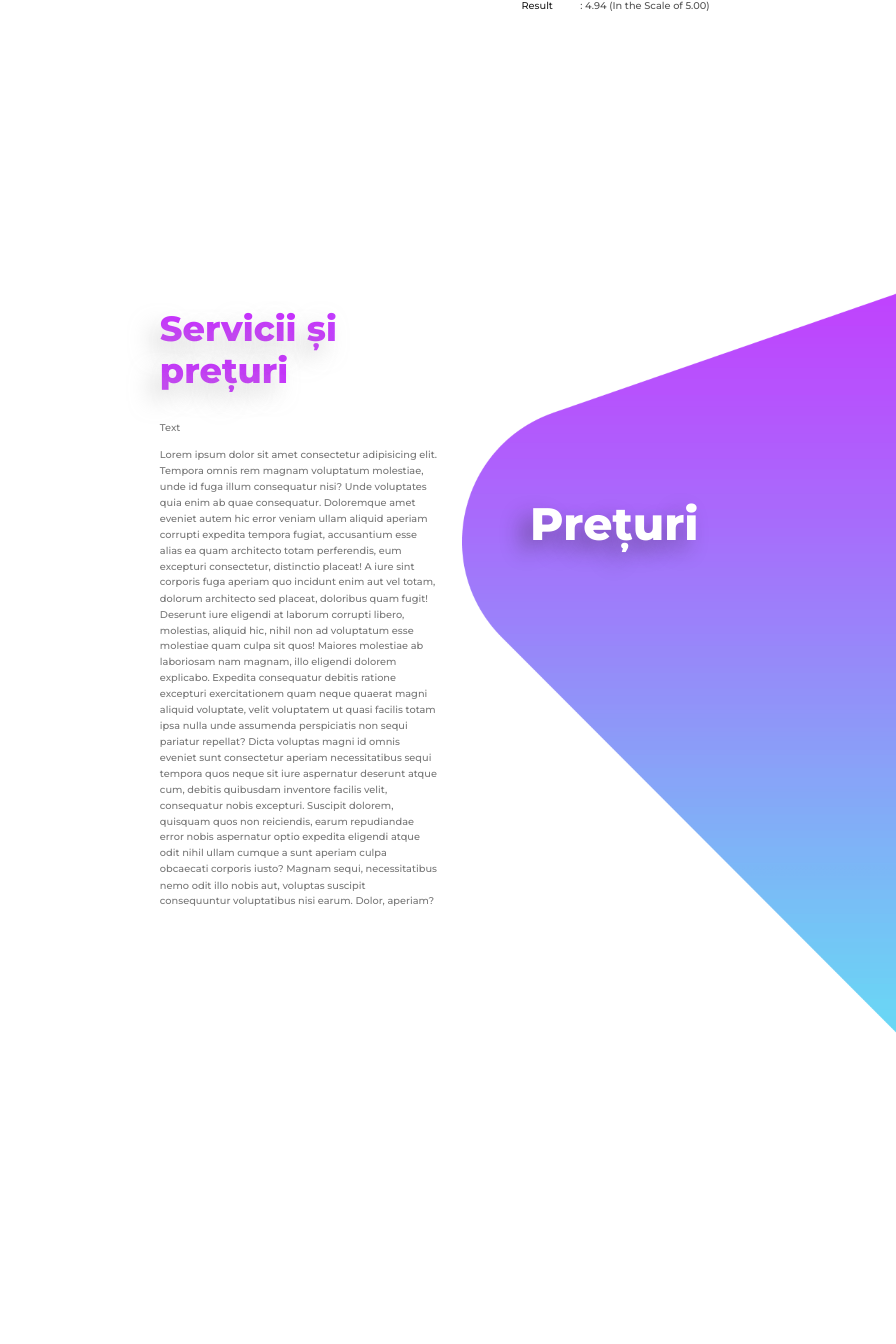
Repository: roscaImarius/site_traduceri
Page: index.html
An editor plug-in stored every save of this project. The page is shown before and after the next save, followed by the edit.
The browser window is 1280 px wide. The pictures show the part of the page from y = 3186 to 5106 px (the page is 7580 px tall), at 70% of full size.

Above is the page before, as saved 2022-03-17 15:52:25.

### index.html
<!DOCTYPE html>
<html lang="en" class="no-js">
  <head>
    <meta
      name="viewport"
      content="width=device-width, initial-scale=1, shrink-to-fit=no"
    />
    <meta name="author" content="CodePixar" />
    <meta name="description" content="" />
    <meta name="keywords" content="" />
    <meta charset="UTF-8" />

    <title>Traduceri</title>

    <link
      href="https://fonts.googleapis.com/css?family=Montserrat:500,600,700,800,900"
      rel="stylesheet"
    />
    <link
      href="https://fonts.googleapis.com/css?family=Open+Sans:400,600"
      rel="stylesheet"
    />
    <!-- ===========================================
		CSS Files
    ============================================= -->
    <link rel="stylesheet" href="css/font-awesome.min.css" />
    <link rel="stylesheet" href="css/bootstrap.css" />
    <link rel="stylesheet" href="css/main.css" />
  </head>

  <body class="version5" id="top">
    <div class="se-pre-con"></div>

    <!--================ Start Banner Area =================-->
    <section class="home-area" id="home">
      <div class="banner-area relative">
        <div class="container-fluid">
          <div class="row justify-content-center height align-items-center">
            <div class="col-lg-5 col-md-6 col-sm-12">
              <div class="banner-img">
                <img class="img-fluid" src="img/banner-img5.jpg" alt="" />
              </div>
            </div>
            <div class="col-lg-5 col-md-6 col-sm-12">
              <div class="banner-content text-right">
                <h4 class="mb-30 hello text-uppercase text-white">
                  Salut, noi suntem
                </h4>
                <h1 class="name">Catrina Traduceri</h1>
                <p class="mt-5 h6 pHome dark">
                  Ne numărăm printre foarte puținii traducători autorizați de
                  Ministerul Justiției din România pentru traduceri din limbile
                  slave, de nisă: cehă, slovacă și ucraineană.
                </p>
              </div>
            </div>
          </div>
        </div>
      </div>
    </section>
    <!--================Header Menu Area =================-->
    <header class="header_area" id="header5">
      <div class="main_menu">
        <nav class="navbar navbar-expand-lg">
          <div class="container-fluid">
            <!-- Brand and toggle get grouped for better mobile display -->
            <a class="navbar-brand logo_h" href="index.html"
              ><img class="logoo" src="img/logo5_1.png" alt=""
            /></a>
            <button
              class="navbar-toggler"
              type="button"
              data-toggle="collapse"
              data-target="#navbarSupportedContent"
              aria-controls="navbarSupportedContent"
              aria-expanded="false"
              aria-label="Toggle navigation"
            >
              <i class="fas fa-bars"></i>
            </button>
            <!-- Collect the nav links, forms, and other content for toggling -->
            <div
              class="collapse navbar-collapse offset"
              id="navbarSupportedContent"
            >
              <ul class="nav navbar-nav menu_nav ml-auto nav5">
                <li class="nav-item active5">
                  <a class="nav-link" href="#home">Acasă</a>
                </li>
                <li class="nav-item">
                  <a class="nav-link" href="#about">Despre</a>
                </li>
                <li class="nav-item">
                  <a class="nav-link" href="#resume">Curriculum Vitae</a>
                </li>
                <li class="nav-item">
                  <a class="nav-link" href="#portfolio">prețuri</a>
                </li>
                <li class="nav-item">
                  <a class="nav-link" href="#contact">contact</a>
                </li>
              </ul>

              <!-- SOCIAL MEDIA -->
              <ul class="nav navbar-nav social-icons">
                <li class="nav-item">
                  <a href="https://www.facebook.com/catrina.traduceri">
                    <i class="fab fa-facebook-f"></i>
                  </a>
                </li>
                <li class="nav-item">
                  <a
                    href="https://www.linkedin.com/in/ionut-catrina-405244178/"
                  >
                    <i class="fab fa-linkedin"></i>
                  </a>
                </li>
                <li class="nav-item">
                  <a href="#">
                    <i class="fab fa-youtube"></i>
                  </a>
                </li>
              </ul>
            </div>
          </div>
        </nav>
      </div>
    </header>

    <!--================ Start About Area =================-->
    <section class="about-area section-gap-top-5 relative" id="about">
      <div class="container-fluid">
        <div class="row row-reverse">
          <div class="offset-lg-2 col-lg-4 col-md-12">
            <h2 class="heading mb-40">Lucrați cu profesioniști!</h2>
            <p>
              Întreprindere de familie cu capital 100% românesc si cu o
              experiență de peste
              <span style="font-weight: bold">13 ani</span> în domeniul
              traducerilor, activăm cu pasiune, profesionalism și
              responsabilitate și vă oferim traduceri
              <span style="font-weight: bold"> autorizate și legalizate</span>
              în principal din limbi
              <span style="font-weight: bold">slave</span>: cehă, slovacă și
              ucraineană, dar și din cele mai importante limbi de circulație
              internațională: engleza și franceza. <br />
            </p>
            <p>
              Suntem absolvenți ai uneia dintre cele mai bune facultăți a
              Universității din București,<span style="font-weight: bold">
                Facultatea de Limbi și Literaturi străine</span
              >, filologi specializați în domeniul traducerilor ca urmare a
              absolvirii Masteratului de Studii Culturale Slave și Traductologie
              și a numeroase burse de specializare în țările din a căror limbă
              traducem. - Avem o colaborare de lungă durată, bazată pe
              <span style="font-weight: bold">
                profesionalism și seriozitate</span
              >, cu Birouri Notariale, Instanțe judecătorești, organe de
              urmărire penală, avocați. - Nu ezitați să ne contactați pentru o
              cotație de preț pentru traduceri autorizate și legalizate din
              aceste limbi. Lucrând în familie și între prieteni, vă putem
              garanta prețuri corecte, care ajung într-o proporție echitabilă la
              traducătorul care le realizează și care are cea mai importantă
              contribuție la documentul final.
            </p>
            <!-- <p>
              ( Activitatea în acest domeniu de nișă ne-a dat posibilitatea să
              cunoaștem și să recunoaștem cei mai buni traducători autorizați
              profesioniști din următoarele limbi slave: cehă, slovacă,
              ucraineană, rusă, slovenă, croată, sârbă, bulgară, polonă. ??
              sigur ramane?)
            </p> -->
            <p>
              Oferim și: <br />
              <span style="font-weight: bold">-cursuri de limbă română</span>
              pentru străini, <br />
              <span style="font-weight: bold"
                >-cursuri de limbă cehă sau limba slovacă</span
              >
              pentru orice nivel de limbă. <br />
            </p>
            <p>
              Ne putem adapta nevoilor Dvs. și vă putem ajuta cu
              <span style="font-weight: bold">training-uri</span> de limbă cehă
              sau slovacă pentru anumite domenii sau specializări.
            </p>
            <!-- <p class="mb-50" style="text-indent: 20pt">
              &middot; În anul 2009 am absolvit Masteratul de Studii Culturale
              Slave și Traductologie în cadrul Universității din București.
              Traducător autorizat de Ministerul Justiției din România încă din
              anul 2008, realizez traduceri /legalizate notarial, autorizate cu
              semnătura și ștampila mea sau traduceri simple. Studiile și
              experiența acumulată mă ajută să găsesc soluții la cele mai
              diferite situații lingvistice și să transpun cât mai fidel în
              limba țintă documentul de tradus. Pot traduce documente din orice
              domeniu, de la documente juridice până la documente tehnice și
              medicale.
            </p> -->
          </div>

          <div class="col-lg-6 p-0 col-md-12">
            <div class="right-side">
              <h2 class="text-white right-heading">Despre</h2>
            </div>
          </div>
        </div>
      </div>
    </section>

    <!--================ Start Experience Area =================-->
    <section class="experience-area relative" id="resume">
      <div class="container-fluid">
        <div class="row">
          <div class="col-lg-6 p-0 col-md-12">
            <div class="left-side">
              <h2 class="text-white indented cv left-heading">C.V.</h2>
            </div>
          </div>

          <div class="xpDiv col-lg-4 md-mr col-md-12">
            <h2 class="heading mb-80">Experiență</h2>
            <div class="resume-content">
              <div class="work-exp mb-50">
                <p>
                  Am o colaborare de lungă durată, bazată pe profesionalism, cu
                  Birouri Notariale, Tribunale, Poliția Română și numeroase
                  birouri de traduceri și firme din București și din toată țara.
                  În urma absolvirii unui curs specializat, am obținut
                  calificarea de trainer de limba română pentru străini.
                  Experiență în domeniul Proiectelor finanțate din fonduri
                  europene (POSDRU). In perioada 1.7.2010 - 1.11.2013 am ocupat
                  pozitia de Responsabil vizite de studiu – schimb de experiență
                  în cadrul unor proiecte transnaționale (între România și
                  Republica Cehă).
                </p>
              </div>

              <h2 class="heading mt-120 mb-80">Education</h2>
              <div class="study">
                <h4 class="subject">Master</h4>
                <p>
                  <span class="title">Session</span>
                  <span class="info">: 2010-11</span>
                </p>
                <p>
                  <span class="title">Result</span>
                  <span class="info">: 3.78 (In the Scale of 4.00)</span>
                </p>
              </div>

              <div class="study">
                <h4 class="subject">Bachelor</h4>
                <p>
                  <span class="title">Session</span>
                  <span class="info">: 2006-09</span>
                </p>
                <p>
                  <span class="title">Result</span>
                  <span class="info">: 3.40 (In the Scale of 4.00)</span>
                </p>
              </div>

              <div class="study">
                <h4 class="subject">Diploma</h4>
                <p>
                  <span class="title">Session</span>
                  <span class="info">: 20063-06</span>
                </p>
                <p>
                  <span class="title">Result</span>
                  <span class="info">: 4.94 (In the Scale of 5.00)</span>
                </p>
              </div>
            </div>
          </div>
        </div>
      </div>
    </section>

    <!--================ Start PRICE Area =================-->
    <section class="price-area section-gap-top-5 relative" id="portfolio">
      <div class="container-fluid">
        <div class="row row-reverse">
          <div class="divFaraPret offset-lg-2 col-lg-4 col-md-12">
            <h2 class="heading mb-40">Servicii și prețuri</h2>
            <p>Text</p>
            <p>
              Lorem ipsum dolor sit amet consectetur adipisicing elit. Tempora
              omnis rem magnam voluptatum molestiae, unde id fuga illum
              consequatur nisi? Unde voluptates quia enim ab quae consequatur.
              Doloremque amet eveniet autem hic error veniam ullam aliquid
              aperiam corrupti expedita tempora fugiat, accusantium esse alias
              ea quam architecto totam perferendis, eum excepturi consectetur,
              distinctio placeat! A iure sint corporis fuga aperiam quo incidunt
              enim aut vel totam, dolorum architecto sed placeat, doloribus quam
              fugit! Deserunt iure eligendi at laborum corrupti libero,
              molestias, aliquid hic, nihil non ad voluptatum esse molestiae
              quam culpa sit quos! Maiores molestiae ab laboriosam nam magnam,
              illo eligendi dolorem explicabo. Expedita consequatur debitis
              ratione excepturi exercitationem quam neque quaerat magni aliquid
              voluptate, velit voluptatem ut quasi facilis totam ipsa nulla unde
              assumenda perspiciatis non sequi pariatur repellat? Dicta voluptas
              magni id omnis eveniet sunt consectetur aperiam necessitatibus
              sequi tempora quos neque sit iure aspernatur deserunt atque cum,
              debitis quibusdam inventore facilis velit, consequatur nobis
              excepturi. Suscipit dolorem, quisquam quos non reiciendis, earum
              repudiandae error nobis aspernatur optio expedita eligendi atque
              odit nihil ullam cumque a sunt aperiam culpa obcaecati corporis
              iusto? Magnam sequi, necessitatibus nemo odit illo nobis aut,
              voluptas suscipit consequuntur voluptatibus nisi earum. Dolor,
              aperiam?
            </p>
          </div>

          <div class="divPreturi col-lg-6 p-0 col-md-12">
            <div class="right-side">
              <h2 class="text-white right-heading">Prețuri</h2>
            </div>
          </div>
        </div>
      </div>
    </section>

    <!--================ Start CONTACT Area =================-->
    <section class="client-area relative" id="contact">
      <div class="container-fluid">
        <div class="row">
          <div class="col-lg-6 p-0 col-md-12">
            <div class="left-side">
              <h2 class="text-white left-heading">Contact</h2>
            </div>
          </div>

          <div class="contactDiv offset-lg-2 col-lg-4 col-md-12">
            <div class="form-area text-left">
              <h5><i>Telefon:</i></h5>
              <p>+40 726 471 135 <br /></p>
            </div>

            <div class="form-area text-left">
              <h5><i>E-mail:</i></h5>
              <p>catrina.traduceri@yahoo.com</p>
            </div>

            <div class="form-area adresa text-left">
              <h5><i>Adresă:</i></h5>
              <p>
                Calea Dorobantilor nr. 135-145, bl. 10, sc. C, Ap. 156, sector
                1, Bucuresti.
              </p>
            </div>
            <img class="mapa" src="./img/mapa.png" alt="" />
            <img class="mapa" src="./img/mapa.png" alt="" />
            <img class="mapa" src="./img/mapa.png" alt="" />
          </div>
        </div>
      </div>
    </section>

    <!--= Start Scroll to Top Area ########## -->
    <div id="back-top">
      <a title="Go to Top" href="#">
        <i class="fas fa-angle-up"></i>
      </a>
    </div>

    <script src="js/vendor/jquery-2.2.4.min.js"></script>
    <!-- <script src="js/popper.min.js"></script> -->
    <script src="js/vendor/bootstrap.min.js"></script>
    <script src="js/jquery.ajaxchimp.min.js"></script>
    <script src="js/counter-up.js"></script>
    <script src="js/isotope.pkgd.min.js"></script>
    <script src="js/waypoints.min.js"></script>
    <script src="js/main.js"></script>
  </body>
</html>

Loaded but not shown: css/font-awesome.min.css (library); css/bootstrap.css (library); js/vendor/jquery-2.2.4.min.js (library); js/vendor/bootstrap.min.js (library); js/jquery.ajaxchimp.min.js (library); js/isotope.pkgd.min.js (library); js/waypoints.min.js (library); js/main.js (150 lines, source omitted); js/counter-up.js (8 lines, source omitted); css/main.css (1568 lines, source omitted)

After the next save:
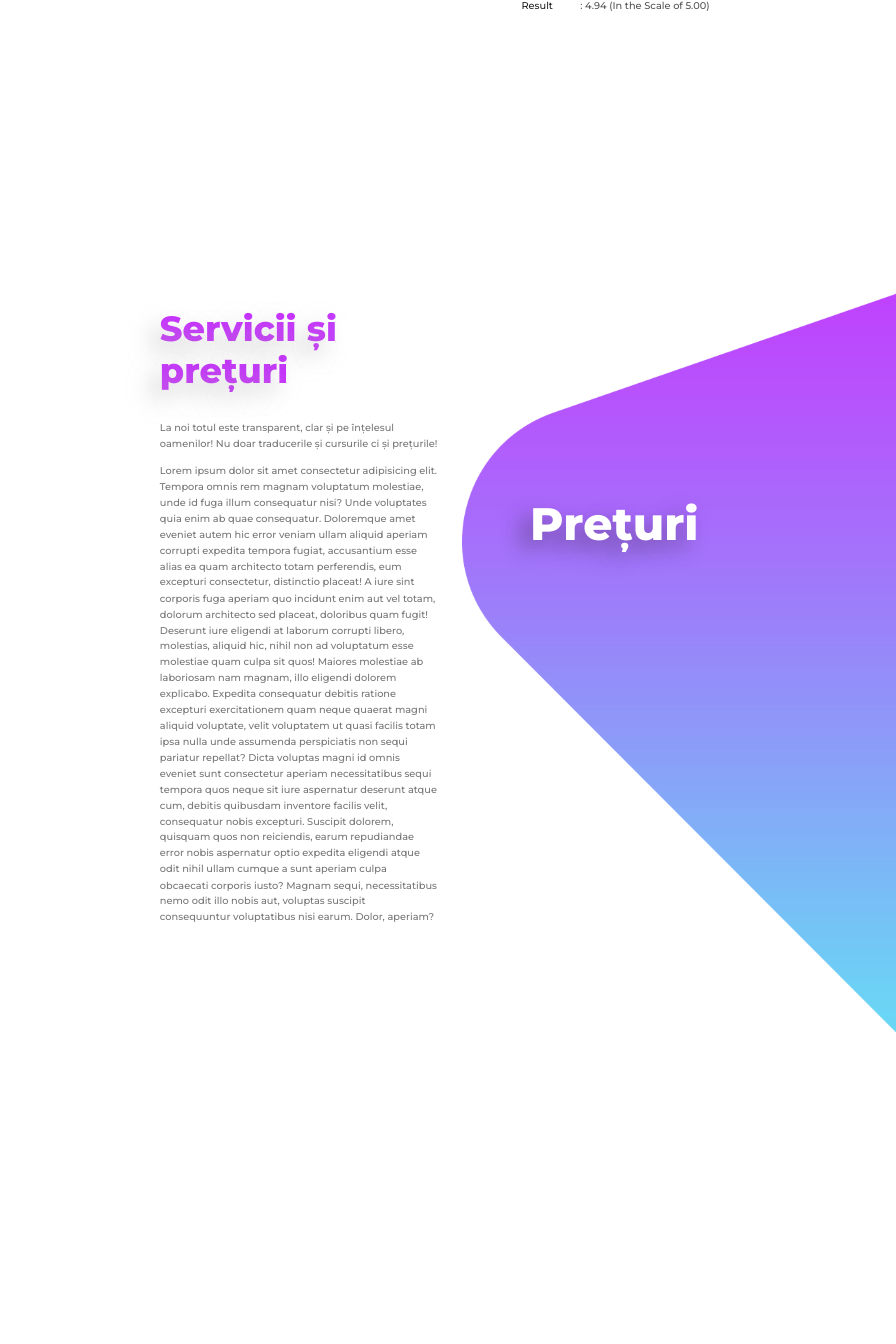
Saved 50 s later.
--- a/index.html
+++ b/index.html
@@ -283,7 +283,10 @@
         <div class="row row-reverse">
           <div class="divFaraPret offset-lg-2 col-lg-4 col-md-12">
             <h2 class="heading mb-40">Servicii și prețuri</h2>
-            <p>Text</p>
+            <p>
+              La noi totul este transparent, clar și pe înțelesul oamenilor! Nu
+              doar traducerile și cursurile ci și prețurile!
+            </p>
             <p>
               Lorem ipsum dolor sit amet consectetur adipisicing elit. Tempora
               omnis rem magnam voluptatum molestiae, unde id fuga illum
